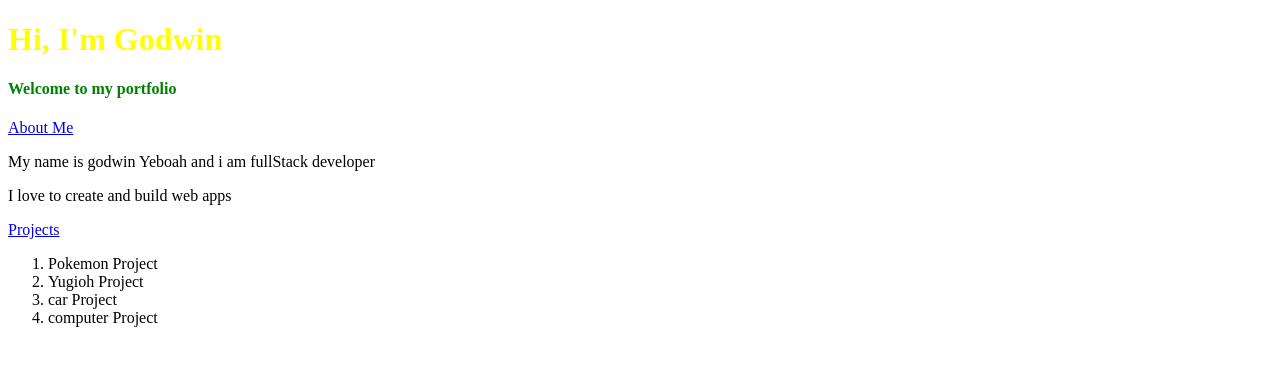
Repository: GodwinYeboah1/Java-Assignment-
Page: SpringIntro/springProjects/portfolio/src/main/resources/static/index.html
These files come from the project's save history. The page is drawn as it stood at one moment and after the next save; the edit follows.
The browser window is 1280 px wide. The pictures show the whole page.

Above is the page before, as saved 2018-03-09 20:39:30.

After the next save:
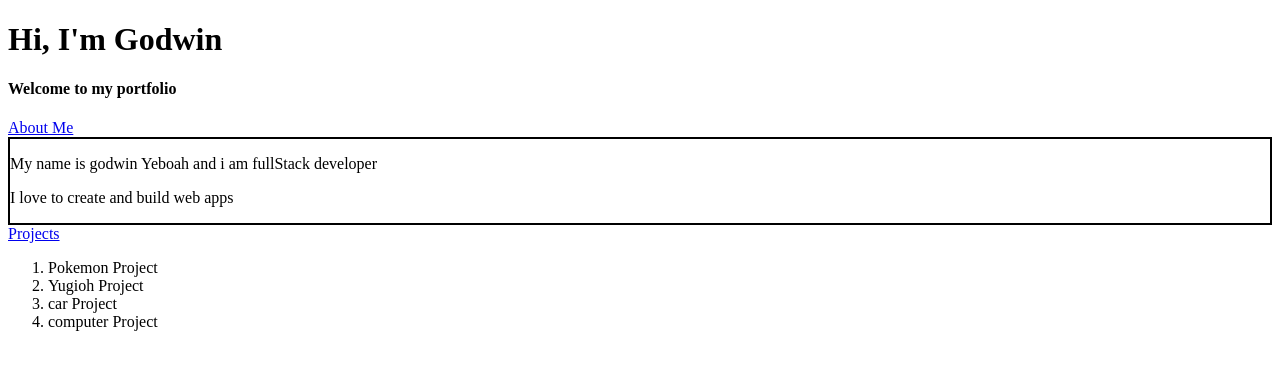
Saved 2 min 3 s later.
--- a/SpringIntro/springProjects/portfolio/src/main/resources/static/css/style.css
+++ b/SpringIntro/springProjects/portfolio/src/main/resources/static/css/style.css
@@ -1,12 +1,6 @@
 body{
 	backgorund : blue;
 }
-h1 {
-      color: yellow;
+#aboutMe{
+	border: 2px solid black;
 }
-h3{
-	color:red;
-}
-h4{
-	color:green;
-}
